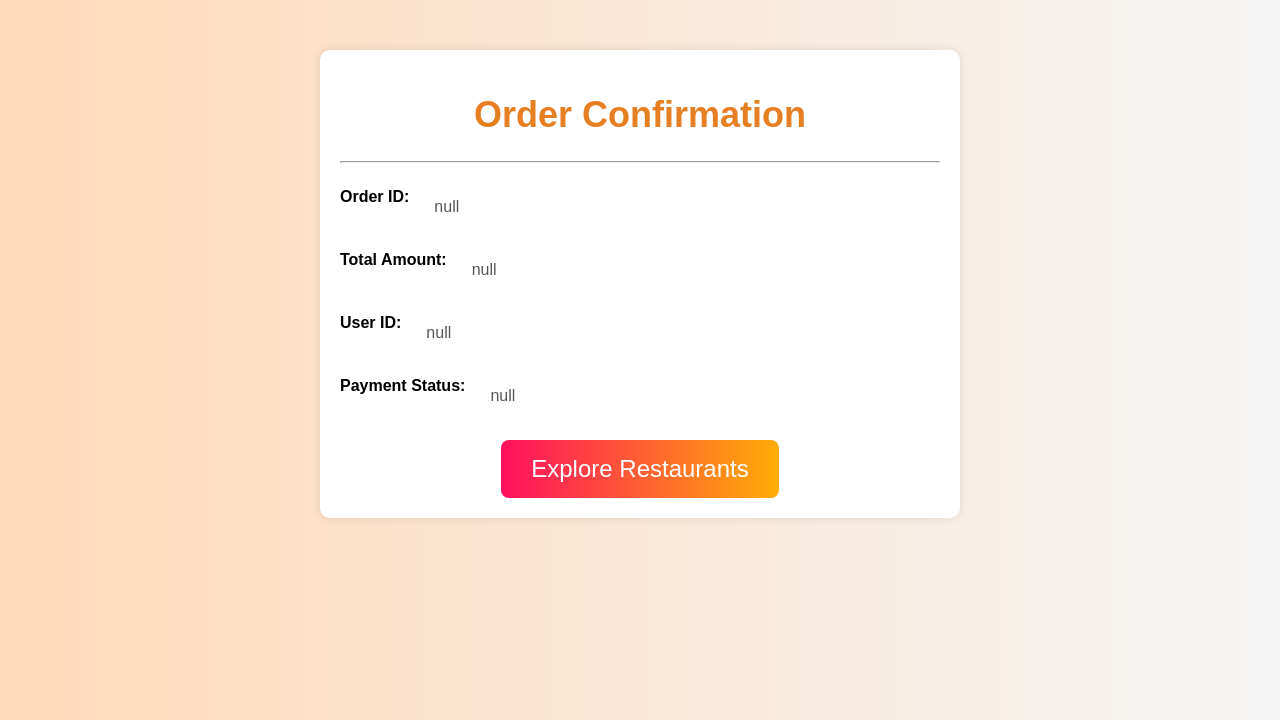
Repository: SWATHIBHUMA/FoodDelivaryApp
Page: http://localhost/FoodDelivaryApp/orderConfirmation.jsp
The author's editor kept a copy of each file at every save. The page is drawn from the files as they stood at one save, then again after the next save.
The browser window is 1280 px wide. The pictures show the whole page.
The page is served by Tomcat 9. Other server files are loaded and not shown.

Above is the page before, as saved 2024-01-16 07:32:32.

### FoodDelivaryApp/src/main/webapp/orderConfirmation.jsp
<%@ page language="java" contentType="text/html; charset=UTF-8" pageEncoding="UTF-8"%>
<%@ page import="java.util.Objects" %>
<%@ page import="javax.servlet.http.HttpSession" %>

<%
    //HttpSession session = request.getSession();

    // Retrieve details from the session
    Integer orderId = (Integer) session.getAttribute("orderId");
    Integer totalAmount = (Integer) session.getAttribute("totalAmount");
    Integer userId = (Integer) session.getAttribute("userId");
    String paymentStatus = (String) session.getAttribute("paymentStatus");
%>

<!DOCTYPE html>
<html lang="en">
<head>
    <meta charset="UTF-8">
    <meta name="viewport" content="width=device-width, initial-scale=1.0">
    <style>
        body {
            font-family: 'Arial', sans-serif;
            background: linear-gradient(to right, peachpuff, whitesmoke);
            text-align: center;
            margin: 0;
            padding: 0;
        }

        .container {
            max-width: 600px;
            margin: 50px auto;
            background-color: #fff;
            border-radius: 10px;
            box-shadow: 0 0 10px rgba(0, 0, 0, 0.1);
            padding: 20px;
        }

        h1 {
			color: #e67e22;
			/* Dark orange text */
			margin-bottom: 25px;
			font-size: 36px;
			/* Increased font size */
			animation: bounce 1s forwards;
			/* Change infinite to forwards for single time bounce */
		}

		@keyframes bounce {

			0%,
			20%,
			50%,
			80%,
			100% {
				transform: translateY(0);
			}

			40% {
				transform: translateY(-20px);
			}

			60% {
				transform: translateY(-10px);
			}
		}


        p {
            color: #555;
            margin: 10px 0;
        }

        .form-group {
            display: flex;
            flex-direction: row;
            margin-top: 25px;
            margin-bottom: 25px;
            gap: 25px;
        }

        .form-label {
            font-weight: bold;
            margin-bottom: 5px;
        }

        .form-input {
            padding: 10px;
            font-size: 16px;
            border: 1px solid #ccc;
            border-radius: 5px;
        }

        .form-button {
            background-color: #007bff;
            color: #fff;
            padding: 10px;
            font-size: 16px;
            border: none;
            border-radius: 5px;
            cursor: pointer;
        }

        .container-1{
        	display: inline-block;
        }

        button {
			background: linear-gradient(to right, #ff105f,#ffad06);
			/* Dark orange button color */
			color: #ffffff;
			/* White button text color */
			padding: 15px 30px;
			font-size: 24px;
			/* Increased font size */
			border: none;
			border-radius: 8px;
			cursor: pointer;
			transition: background-color 0.3s ease, transform 0.3s ease;
			outline: none;
			/* Remove default focus outline */
		}

		button:hover {
			background-color: #d35400;
			transform: scale(1.1);
			/* Darker orange on hover */
		}


    </style>
    <title>Order Confirmation</title>
</head>
<body>
    <div class="container">
        <h1>Order Confirmation</h1>
		<hr>
        <div class="form-group">
            <label class="form-label">Order ID:</label>
            <p><%= orderId %></p>
        </div>

        <div class="form-group">
            <label class="form-label">Total Amount:</label>
            <p><%= totalAmount %></p>
        </div>

        <div class="form-group">
            <label class="form-label">User ID:</label>
            <p><%= userId %></p>
        </div>

        <div class="form-group">
            <label class="form-label">Payment Status:</label>
            <p><%= paymentStatus %></p>
        </div>

		<div class="container-1">
        	<button onclick="window.location.href='<%= request.getContextPath() %>/Restaurents'">Explore Restaurants</button>
		</div>
    </div>
</body>
</html>

After the next save:
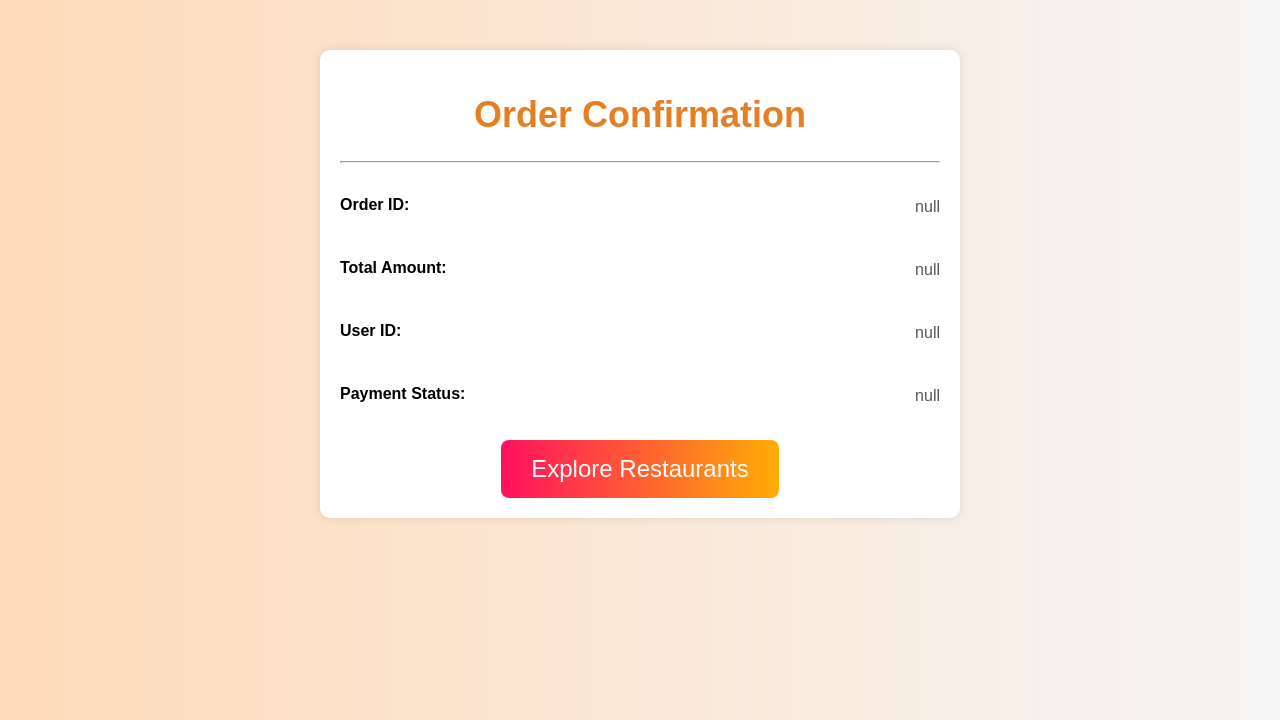
Saved 2 min 40 s later.
--- a/FoodDelivaryApp/src/main/webapp/orderConfirmation.jsp
+++ b/FoodDelivaryApp/src/main/webapp/orderConfirmation.jsp
@@ -73,6 +73,8 @@
         .form-group {
             display: flex;
             flex-direction: row;
+            justify-content: space-between;
+            align-items: center;
             margin-top: 25px;
             margin-bottom: 25px;
             gap: 25px;
